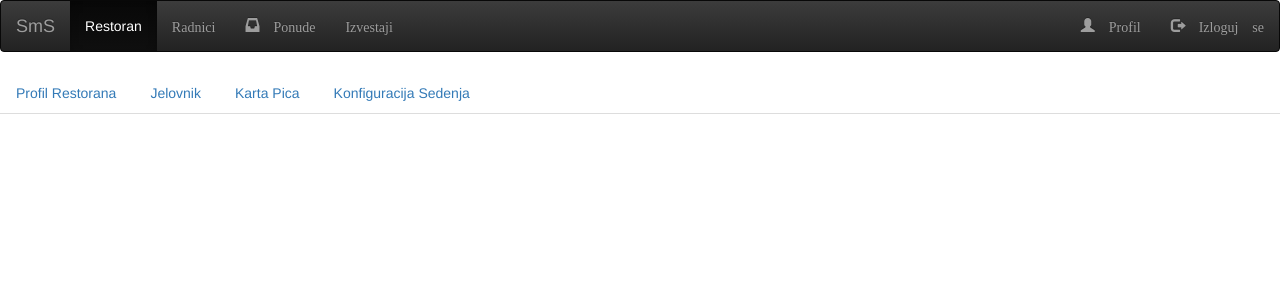
Repository: milanadam94/ISA-2016
Page: jpa-example/src/main/webapp/RestaurantManager/RestaurantManager.html
These files come from the project's save history. The page is drawn as it stood at one moment and after the next save; the edit follows.
The browser window is 1280 px wide. The pictures show the whole page.
The page's requests for data from a server got no answer. Some web libraries are served in a nearby version.

Above is the page before, as saved 2017-03-01 08:21:45.

### jpa-example/src/main/webapp/RestaurantManager/RestaurantManager.html
<!DOCTYPE html>
<html>
<head>
<meta charset="ISO-8859-1">
<title>Menadzer Restorana</title>

<!-- JQUERY -->
<script src="https://code.jquery.com/jquery-3.1.1.js" integrity="sha256-16cdPddA6VdVInumRGo6IbivbERE8p7CQR3HzTBuELA=" crossorigin="anonymous"></script>

<!-- BOOTSTRAP CSS -->
<link rel="stylesheet" href="https://maxcdn.bootstrapcdn.com/bootstrap/3.3.7/css/bootstrap.min.css" integrity="sha384-BVYiiSIFeK1dGmJRAkycuHAHRg32OmUcww7on3RYdg4Va+PmSTsz/K68vbdEjh4u" crossorigin="anonymous">

<!-- BOOTSTRAP THEME -->
<link rel="stylesheet" href="https://maxcdn.bootstrapcdn.com/bootstrap/3.3.7/css/bootstrap-theme.min.css" integrity="sha384-rHyoN1iRsVXV4nD0JutlnGaslCJuC7uwjduW9SVrLvRYooPp2bWYgmgJQIXwl/Sp" crossorigin="anonymous">

<!-- BOOTSTRAP JS -->
<script src="https://maxcdn.bootstrapcdn.com/bootstrap/3.3.7/js/bootstrap.min.js" integrity="sha384-Tc5IQib027qvyjSMfHjOMaLkfuWVxZxUPnCJA7l2mCWNIpG9mGCD8wGNIcPD7Txa" crossorigin="anonymous"></script>

<!-- ANGULAR JS -->
<script src="https://ajax.googleapis.com/ajax/libs/angularjs/1.6.1/angular.js"></script>

<script src="/JQuery-cookie-plugin/jquery.cookie.js"></script>

<!-- TOASTR -->
<!-- <script src="https://cdnjs.cloudflare.com/ajax/libs/toastr.js/latest/css/toastr.css"></script> -->
<style>
.canvas {
	border : 2px solid;
	width: 500px;
	height: 250px;
}
</style>
</head>
<body ng-app="restManager" ng-controller="restManagerController">

	<nav id="myNavbar" class="navbar navbar-inverse">
		<div class="container-fluid">
			<div class="navbar-header">
				<a class="navbar-brand">SmS</a>
			</div>
		<ul class="nav navbar-nav">
			<li class="active"><a href="RestaurantManager.html" ng-click="getRestaurant()"><span class="glyphicons glyphicons-building"> Restoran </span></a></li>
			<li><a href="RestaurantManagerWorkers.html"><span class="glyphicon glyphicon-group"> Radnici</span></a></li>
			<li><a href="RestaurantManagerOfferers.html"><span class="glyphicon glyphicon-inbox"> Ponude </span></a></li>
			<li><a href="RestourantManagerReport.html"><span class="glyphicon glyphicon-notes-2"> Izvestaji </span></a></li>
		</ul>
		<ul class="nav navbar-nav navbar-right">
			<li><a href="#"><span class="glyphicon glyphicon-user"> Profil</span> </a>
			<li><a href="#"><span class="glyphicon glyphicon-log-out"> Izloguj se </span> </a>
		</ul>

		</div>
	</nav>


	<div>
		<div class="form-group">
			<ul class="nav nav-tabs">
				<li><a ng-click="getRestaurant()">Profil Restorana</a>
				<li><a ng-click="getFoods()">Jelovnik</a>
				<li><a ng-click="getDrinks()">Karta Pica</a>
				<li><a ng-click="konfig()">Konfiguracija Sedenja</a>
			</ul>
		</div>
		<div id="profilDiv" ng-show="profilShow">
		<form class="form-horizontal">

			<div class="form-group">
			<label class="control-label col-sm-2" >Naziv Restorana: </label><div class="col-sm-5"><input type = "text" class="form-control" id="restaurantName" ng-model="restaurant.name" value="restaurant.name" placeholder="Izmenite ime restorana"></div> <br/>
			</div>

			<div class="form-group">
			<label class="control-label col-sm-2">Vrsta: </label><div class="col-sm-5"><input type = "text" class="form-control" id="restaurantDescription" ng-model="restaurant.description" value="restaurant.description" placeholder="Izmenite opis restorana"></div> <br/>
			</div>

			<div class="form-group">
			<label class="control-label col-sm-2">Kategorija: </label>
					 <div class="col-sm-5">
						<select class="form-control" id="kategorija" ng-model="restaurant.category" title="restaurant.category">
						<option>domaca kuhinja</option>
						<option>italijanski</option>
						<option>kineski</option>
						<option>francuski</option>
						<option>vegan</option>
						</select>
					</div>
			</div> <br/>

			<div class="form-group">
			<div class="col-sm-offset-2 col-sm-10"><button type="submit" class="btn btn-success" ng-click="saveRestaurantInfo()">Sacuvaj Izmene</button></div>
			</div>

			<div class="form-group">
			<label class="control-label col-sm-2" id="errorLabel" ng-show="error" >{{errorMessage}}</label>
			</div>

		</form>
		</div>




		<div id="jelovnikDiv" ng-show="jelovnikShow" >
			<table class="table">
				<tr bgcolor="lightgrey">
					<th>Ime</th>
					<th>Opis</th>
					<th>Cena</th>
					<th>Obrisi</th>
					<th>Promeni</th>
				</tr>
				<tr ng-repeat="i in menu.foods | orderBy:'name'">
					<td><input type="text" class="form-control" ng-model="i.name"  placeholder="Promenite ime jela" > </td>
				 	<td><input type = "text" class="form-control" ng-model="i.description" placeholder="Promenite opis jela" value="{{ i.description }}"> </td>
					<td> <input type = "number" class="form-control" ng-model="i.price" placeholder="Promenite cenu jela" value="{{ i.price }} "></td>
					<td> <button type="submit" id="{{ i.id }}"  class="btn btn-danger" ng-click="deleteFood( i.id )" >Obrisi</button></td>
					<td> <button type="submit" id="{{ i.id }}"  class="btn btn-warning" ng-click="changeFood( i.id )" >Promeni</button></td>

				</tr>
			</table>
			<br/><br/>
			<form class="form-horizontal">

			<div class="form-group">
			<label class="control-label col-sm-2">Ime: </label><div class="col-sm-5"><input type = "text" class="form-control" id="imeNovogJela" ng-model="newFood.name" placeholder="Unesite ime jela"></div> <br/>
			</div>

			<div class="form-group">
			<label class="control-label col-sm-2">Opis: </label><div class="col-sm-5"><input type = "text" class="form-control" id="opisNovogJela" ng-model="newFood.description"  placeholder="Unesite opis jela"></div> <br/>
			</div>


			<div class="form-group">
			<label  class="control-label col-sm-2">Cena: </label><div class="col-sm-5"><input type = "number" min=0 class="form-control" id="cenaNovogJela" ng-model="newFood.price"  placeholder="Unesite cenu jela"></div> <br/>
			</div>

			<div class="form-group">
			<div class="col-sm-offset-2 col-sm-10"><button type="submit" class="btn btn-success" ng-click="addFood()" >Dodaj Jelo</button></div>
			</div>

			</form>
		</div>
		<div id="picaDiv" ng-show="picaShow">
			<table class="table">
				<tr bgcolor="lightgrey">
					<th>Ime</th>
					<th>Opis</th>
					<th>Cena</th>
					<th>Obrisi</th>
					<th>Promeni</th>
				</tr>
				<tr ng-repeat="i in menu.drinks | orderBy:'name'">
					<td><input type="text" class="form-control" ng-model="i.name"  placeholder="Promenite ime pica" > </td>
				 	<td><input type = "text" class="form-control" ng-model="i.description" placeholder="Promenite opis pica" value="{{ i.description }}"> </td>
					<td> <input type = "number" class="form-control" ng-model="i.price" placeholder="Promenite cenu pica" value="{{ i.price }} "></td>
					<td> <button type="submit" id="{{ i.id }}"  class="btn btn-danger" ng-click="deleteDrink( i.id )" >Obrisi</button></td>
					<td> <button type="submit" id="{{ i.id }}"  class="btn btn-warning" ng-click="changeDrink( i.id )" >Promeni</button></td>

				</tr>
			</table>
			<br/><br/>
			<form class="form-horizontal">

			<div class="form-group">
			<label class="control-label col-sm-2">Ime: </label> <div class="col-sm-5"><input type = "text" class="form-control" id="imeNovogPica" ng-model="newDrink.name" placeholder="Unesite ime pica"></div> <br/>
			</div>

			<div class="form-group">
			<label class="control-label col-sm-2">Opis:</label> <div class="col-sm-5"><input type = "text" class="form-control" id="opisNovogPica" ng-model="newDrink.description"  placeholder="Unesite opis pica"></div> <br/>
			</div>

			<div class="form-group">
			<label  class="control-label col-sm-2">Cena: </label><div class="col-sm-5"><input type = "number" class="form-control" min=0 class="form-control" id="cenaNovogPica" ng-model="newDtrink.price"  placeholder="Unesite cenu pica"></div> <br/>
			</div>

			<div class="form-group">
			<div class="col-sm-offset-2 col-sm-10"><button type="submit" class="btn btn-success" ng-click="addDrink()" >Dodaj Pice</button></div>
			</div>

			</form>
		</div>


		<!--  DODAVANJE SEGMENTA -->

		<div id="konfiguracijaDiv" ng-show="konfiguracijaShow">

			<form class="form-horizontal">
			<div class="form-group">
			<label class="control-label col-sm-2" >Naziv Segmenta: </label> <div class="col-sm-5">  <input type="text" class="form-control" ng-model="newSegment.name" palceholder="Unesite naziv segmenta"> </input></div><br/>
			</div>
			<div class="form-group">
			<label class="control-label col-sm-2">Dozvoljeno Pusenje: </label><div class="col-sm-2"><input type="checkbox" class="form-control" ng-model="newSegment.smoking"></input> </div><br/><br/>
			</div>
			<div class="form-group">
			<div class="col-sm-offset-2 col-sm-10"><button type="submit" class="btn btn-success" ng-click="addKonfig()">Dodaj Segment</button></div>
			</div>

			</form>


			<br/><br/>

			<!-- CANVASSS ============ -->


		<canvas id="canvas" class="canvas" ng-click="draw($event)">
			Vas browser ne podrzava graficki prikaz!
		</canvas>

		<br/><br/>
		<div ng-show="newTableShow">

			<form class="form-horizontal">

			<div class="form-group">
			<label class="control-label col-sm-2">Oznaka: </label> <div class="col-sm-5"><input type = "text" class="form-control" ng-model="newTable.tag" placeholder="Unesite oznaku stola"></div> <br/>
			</div>

			<div class="form-group">
			<label class="control-label col-sm-2">Opis:</label> <div class="col-sm-5"><input type = "text" class="form-control" ng-model="newTable.description"  placeholder="Unesite opis stola"></div> <br/>
			</div>

			<div class="form-group">
			<label  class="control-label col-sm-2">Broj Mesta: </label><div class="col-sm-5"><input type = "number" class="form-control" min=0 max="20" class="form-control" id="cenaNovogPica" ng-model="newTabel.seatCount"  placeholder="Unesite broj mesta"></div> <br/>
			</div>

			<label  class="control-label col-sm-2" >Region:</label>
					<div class="col-sm-5">
					<select class="form-group" ng-model="myNewSegment">
						<option ng-repeat="i in segments" value="{{i.id}}">{{i.name}}</option>
					</select>
					</div>

			<div class="form-group">
			<div class="col-sm-offset-2 col-sm-10"><button type="submit" class="btn btn-success" ng-click="addTable()" >Dodaj Sto</button></div>
			</div>

			</form>



			</div>


		</div>

		<div ng-show="deleteTableButtonShow" class="form-group">
			<div class="col-sm-offset-2 col-sm-10"><button type="submit" class="btn btn-danger" ng-click="deleteTable()" >Ukloni Sto</button></div>
		</div>

	</div>
</body>


<!-- ANGULAR SCRIPT -->
<script src="RestaurantManager.js"></script>


</html>

### jpa-example/src/main/webapp/RestaurantManager/RestaurantManager.js
angular.element(document).ready(function () {
    console.log('page loading completed');
});
var restManager = angular.module('restManager', []).config(['$qProvider', '$httpProvider', function ($qProvider, $httpProvider)  {
    $qProvider.errorOnUnhandledRejections(false);

}]).run(['$rootScope', '$http', '$window', function ($rootScope, $http, $window) {

	//namestiti dole u funckcijama gde treba user.email kada se ovo namesti!
	if (typeof $.cookie('user') !== 'undefined') {
		user = JSON.parse($.cookie('user'));

		if(user.userType == "GUEST") {
			$window.location.href = "/GuestPage/GuestPage.html";
		}
		// DALJE
	}



}]);



restManager.controller('restManagerController', [ '$scope', 'konfService', 'drinkService', 'restaurantInfoService', 'foodService','canvasService', function($scope, konfService, drinkService, restaurantInfoService, foodService, canvasService ){

	$scope.newFood = {
			name: "",
			description: "",
			price: 0
	}

	$scope.newDrink = {
			name: "",
			description: "",
			price: 0
	}


	findUser = function(){
		restaurantInfoService.findRestaurantManager().then(
				function(response){
					$scope.user = response.data;

				}

		);
	}

	findUser();

	setShows = function(profilShow, picaShow, jelovnikShow, konfiguracijaShow){
		$scope.profilShow = profilShow;
		$scope.picaShow = picaShow;
		$scope.jelovnikShow = jelovnikShow;
		$scope.konfiguracijaShow = konfiguracijaShow;
	}
	setShows(false,false,false,false);

	$scope.error = false;
	$scope.errorMessage = "";

	restaurantInfoService.getRestaurant($scope.user).then(
			function(response){
				$scope.restaurant = response.data;

				if(response.data.name == null){
					alert("Restoran nije pronadjen!");
				}
			}
	);


	$scope.getRestaurant = function() {
			if($scope.restaurant.name != null){
				setShows(true, false, false, false);
			}else{
				alert("Restoran nije pronadjen!");
			}

	}


	$scope.getFoods = function(){

		restaurantInfoService.getMenu($scope.user, $scope.restaurant).then(
				function(response){

					if(response.data != null){
						setShows(false, false, true, false);
						$scope.menu = response.data;
					}else{
						alert("Meni nije pronadjen!");
					}

				}
		);

	}

	$scope.changeFood = function(foodID){
		selectedFood = "";

		angular.forEach($scope.menu.foods, function(value){
			if(value.id == foodID){
				selectedFood = value;
			}

		})

		if(selectedFood.name == "" || selectedFood.price < 0 || $scope.restaurant == null){
			alert("Ime ne sme biti prazno. Cena ne sme biti manja od 0");
			return;
		}

		foodService.saveChanges(selectedFood, $scope.menu);

	}


	$scope.addFood = function(){

		if($scope.newFood.name == "" || $scope.newFood.price < 0 || $scope.restaurant == null){
			alert("Ime ne sme biti prazno i cena ne sme biti manja od 0!");
			return;
		}

		foodService.addFood($scope.newFood, $scope.menu);
		restaurantInfoService.getMenu($scope.user, $scope.restaurant).then(
				function(response){

					if(response.data != null){
						$scope.menu = response.data;
						location.reload();
					}else{
						alert("Meni nije pronadjen!");
					}

				}
			);


	}


	$scope.deleteFood = function(foodID){

		foodService.deleteFood(foodID, $scope.menu);
		restaurantInfoService.getMenu($scope.user, $scope.restaurant).then(
			function(response){

				if(response.data != null){
					$scope.menu = response.data;
					location.reload();
				}else{
					alert("Meni nije pronadjen!");
				}

			}
		);


	}



	$scope.getDrinks = function(){
		restaurantInfoService.getMenu($scope.user, $scope.restaurant).then(
				function(response){

					if(response.data != null){
						setShows(false, true, false, false);
						$scope.menu = response.data;
					}else{
						alert("Meni nije pronadjen!");
					}

				}
		);

	}


	$scope.addDrink = function(){

		if($scope.newDrink.name == "" || $scope.newDrink.price < 0 || $scope.restaurant == null){
			alert("Ime ne sme biti prazno i cena ne sme biti manja od 0!");
			return;
		}

		drinkService.addDrink($scope.newDrink, $scope.menu);
		restaurantInfoService.getMenu($scope.user, $scope.restaurant).then(
				function(response){

					if(response.data != null){
						$scope.menu = response.data;
						location.reload();
					}else{
						alert("Meni nije pronadjen!");
					}

				}
			);
	}

	$scope.changeDrink = function(drinkID){
		selectedDrink = "";

		angular.forEach($scope.menu.drinks, function(value){
			if(value.id == drinkID){
				selectedDrink = value;
			}

		})

		if(selectedDrink.name == "" || selectedDrink.price < 0 || $scope.restaurant == null){
			alert("Ime ne sme biti prazno. Cena ne sme biti manja od 0");
			return;
		}

		drinkService.saveChanges(selectedDrink, $scope.menu);

	}

	$scope.deleteDrink = function(drinkID){
		drinkService.deleteDrink(drinkID, $scope.menu);
		restaurantInfoService.getMenu($scope.user, $scope.restaurant).then(
			function(response){

				if(response.data != null){
					$scope.menu = response.data;
					location.reload();
				}else{
					alert("Meni nije pronadjen!");
				}

			}
		);
	}


	// ===============================================================

	$scope.newSegment = {
			name: "",
			smoking: false
	}

	$scope.newTable = {
			seatCount: 0,
			tag: "",
			description: "",
			xCoord: 0,
			yCoord: 0
	}


	$scope.getKonf = function(){


	}


	$scope.addKonfig = function(){

		if($scope.newSegment.name == "" || $scope.restaurant == null){
			alert("Neispravan unos ili restoran nije pronadjen")
			return;
		}

		konfService.addSegment($scope.newSegment, $scope.restaurant.id).then(
				function(response){
					alert(response.data);

					location.reload();
				}
		);


	}

	restaurantInfoService.loadAllSegments().then(
			function(response){
				$scope.segments = response.data;
			}

	);


	$scope.konfig = function(){
		setShows(false,false,false,true);

		$scope.loadTables();

	}


	$scope.saveRestaurantInfo = function() {

		if($scope.profilShow){
			if($scope.restaurant.name == "" || $scope.restaurant.description == ""){
				$scope.error = true;
				$scope.errorMessage = "Ne moze biti prazno!";
				return;
			}else{
				$scope.error = false;
				$scope.errorMessage = "";
			}
			restaurantInfoService.saveChanges($scope.restaurant, $scope.user);


		}else if ($scope.jelovnikShow) {


		}else if ($scope.piceShow){

		}else if ($scope.konfiguracijaShow){

		}else {
			alert("Error! Nothing selected.");
		}

	}

	// KANVAS ====================================================
	$scope.myNewSegment = "";


	$scope.draw = function(event) {
    	var canvas = document.getElementById('canvas');
    	var context = canvas.getContext('2d');

    	var rect = canvas.getBoundingClientRect();
        var x = event.clientX - rect.left;
        var y = event.clientY - rect.top; var rect = canvas.getBoundingClientRect(),
        scaleX = canvas.width / rect.width,    // relationship bitmap vs. element for X
        scaleY = canvas.height / rect.height;  // relationship bitmap vs. element for Y

	    x = (event.clientX - rect.left) * scaleX,   // scale mouse coordinates after they have
	    y = (event.clientY - rect.top) * scaleY     // been adjusted to be relative to element
	    //  context.clearRect(0, 0, canvas.width, canvas.height);

	    xIndex = x/30.0 + 1;
	    yIndex = y/30.0 + 1;
	    xIndex = Math.floor(xIndex);
	    yIndex = Math.floor(yIndex);

		startX = x/30.0 + 1;
	    startY = y/30.0 + 1;
	    startX = Math.floor(startX)*30 -30;
	    startY = Math.floor(startY)*30 -30;

	    $scope.newTable.xCoord = xIndex;
	    $scope.newTable.yCoord = yIndex;


	    $scope.newTableShow = true;
	    $scope.deleteTableButtonShow = false;

	    $scope.restaurantTables.forEach(function(table) {
			if(table.xCoord == xIndex && table.yCoord == yIndex){
				$scope.newTableShow = false;
				$scope.deleteTableButtonShow = true;
			}
		});


  }

	$scope.restaurantTables = [];

	$scope.loadTables = function() {

		$scope.newTableShow = false;
		var canvas = document.getElementById('canvas');
    	var context = canvas.getContext('2d');
    	context.clearRect(0, 0, canvas.width, canvas.height);

    	for(var j = 0; j < 5; j++)
    	{
	    	for(var i=0; i < 10; i++)
	    	{
	    		context.rect(i*30 ,j*30 ,30,30);
	            context.stroke();
	    	}
    	}


    	canvasService.getAllTables().then(
    			function(response){
    				$scope.restaurantTables = response.data;
    				$scope.restaurantTables.forEach(function(table) {
    					x = parseFloat(table.xCoord)*30 - 30;
    					y = parseFloat(table.yCoord)*30 - 30;
    					context.globalAlpha = 1.0;
    					context.fillStyle="#000000";
    					context.font="20px Arial";
    					context.fillText(table.tag, x + 8, y + 22);
    				});
    			}
    	);




	}



	$scope.addTable = function(){

		if($scope.newTable.seatCount < 0 || $scope.newTable.seatCount > 20 ||
				$scope.newTable.tag == "" || $scope.myNewSegment == ""){
			alert("Los unos!");
			return;
		}

		if($scope.newTable.tag.length > 2){
			alert("Oznaka moze imati maksimalno 2 karaktera!");
			return;
		}


		canvasService.addTable($scope.newTable, $scope.myNewSegment).then(
				function(response){
					alert(response.data);
					location.reload();
				}
		);

	}


	$scope.deleteTable = function(){
		flag = false;

		$scope.restaurantTables.forEach(function(table) {
			if(table.xCoord == $scope.newTable.xCoord && table.yCoord == $scope.newTable.yCoord){
				flag = true;
			}
		});

		if(!flag){
			alert("Niste selektovali sto");
			return;
		}

		canvasService.deleteTable($scope.newTable);


	}



}]);








restManager.service('restaurantInfoService',['$window', '$http', function($window, $http){

	this.loadAllSegments = function(){
		return $http({
			  method: 'GET',
		      url : "../restManager/loadAllSegments/1" //========================================== dodati user Email
		});

	}


	this.getRestaurant = function(user){
		return $http.get("../restManager/myRestaurant/1"); // ================================= OVDE NAMESTITI EMAIL USERA
	}

	this.findRestaurantManager = function(){
		return $http({
			  method: 'GET',
		      url : "../restManager/getUser/1" //========================================== dodati user Email
		});
	}

	this.saveChanges = function(restaurant, user){

		$http({
			  method: 'POST',
			  data : $.param(restaurant),
		      url : "../restManager/saveRestaurantInfo/1" // =================================== OVDE NAMESTITI EMAIL USERA
		}).then(function success(response) {
					alert("Success!");
			  }, function error(response) {
				  	alert("Error!");
			  }
			);
	};

	this.getMenu = function (user, restaurant){
		return $http({
			method: 'POST',
			data : restaurant,
			url: "../restManager/getMenu/1"  // ==================== user.mail
		});
	}


}]);

restManager.service('foodService',['$window', '$http', function($window, $http){

	this.saveChanges = function (food, menu){
		$http({
			method: 'POST',
			data: food,
			url: "../restManager/changeFood/" + menu.id
		}).then(function success() {
			alert("Uspesno promenjeno!");
		  }, function error() {
			  	alert("Error!");
		  }

		);
	}

	this.addFood = function (newFood, menu){
		$http({
			method: 'POST',
			data: newFood,
			url: "../restManager/addFood/"+menu.id
		});

	}

	this.deleteFood = function (foodID, menu){
		$http({
			method: 'DELETE',
			url: "../restManager/deleteFood/"+foodID+"/"+menu.id
		});
	}

}]);

restManager.service('drinkService', ['$window', '$http', function($window, $http){

	this.saveChanges = function (drink, menu){
		$http({
			method: 'POST',
			data: drink,
			url: "../restManager/changeDrink/" + menu.id
		}).then(function success() {
			alert("Uspesno promenjeno!");
		  }, function error() {
			  	alert("Error!");
		  }

		);
	}

	this.deleteDrink = function(drinkID, menu){
		$http({
			method: 'DELETE',
			url: "../restManager/deleteDrink/"+drinkID+"/"+menu.id
		});
	}

	this.addDrink = function (newDrink, menu){
		$http({
			method: 'POST',
			data: newDrink,
			url: "../restManager/addDrink/"+menu.id
		});
	}

}]);

restManager.service('konfService', ['$window', '$http', function($window, $http){

	this.addSegment = function(newSegment, restoranID){
		return $http({
			method: 'POST',
			data: newSegment,
			url: "../restManager/addSegment/"+restoranID
		});

	}

	this.getKonf;
	this.saveChanges;
	this.addKonf;

}]);


restManager.service('canvasService', ['$window', '$http', function($window, $http){

	this.addTable = function(newTable, segmentID){
		return $http({
			method: 'POST',
			data: newTable,
			url: "../restManager/addTable/"+segmentID+"/1" //==================================== staviti email restoran menagera
		});
	}

	this.getAllTables = function(){
		return $http({
			method: 'GET',
			url: "../restManager/getAllTables/1" //==================================== staviti email restoran menagera
		});
	}


	this.deleteTable = function (newTable){
		$http({
			method: 'POST',
			data: newTable,
			url: "../restManager/deleteTable"
		}).then(
				function success(){
					location.reload();
				},
				function error(){
					alert("Error!");
				}
		);
	}


}]);

Loaded but not shown: jpa-example/src/main/webapp/JQuery-cookie-plugin/jquery.cookie.js (library)

After the next save:
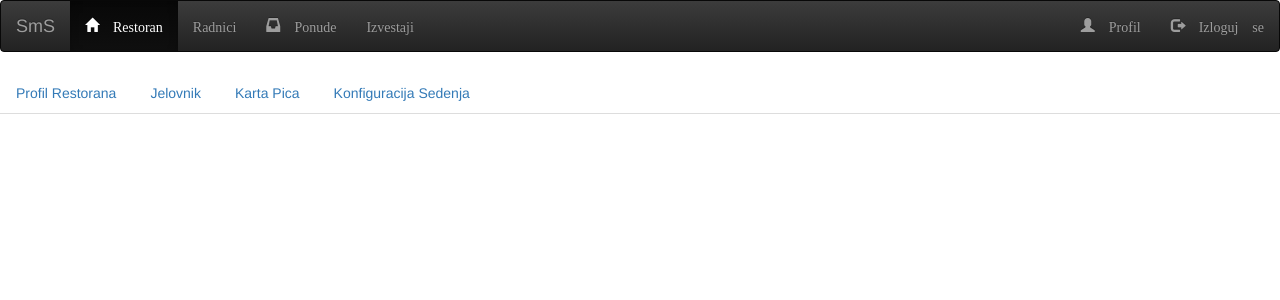
Saved 70 s later.
--- a/jpa-example/src/main/webapp/RestaurantManager/RestaurantManager.html
+++ b/jpa-example/src/main/webapp/RestaurantManager/RestaurantManager.html
@@ -39,7 +39,7 @@
 				<a class="navbar-brand">SmS</a>
 			</div>
 		<ul class="nav navbar-nav">
-			<li class="active"><a href="RestaurantManager.html" ng-click="getRestaurant()"><span class="glyphicons glyphicons-building"> Restoran </span></a></li>
+			<li class="active"><a href="RestaurantManager.html" ng-click="getRestaurant()"><span class="glyphicon glyphicon-home"> Restoran </span></a></li>
 			<li><a href="RestaurantManagerWorkers.html"><span class="glyphicon glyphicon-group"> Radnici</span></a></li>
 			<li><a href="RestaurantManagerOfferers.html"><span class="glyphicon glyphicon-inbox"> Ponude </span></a></li>
 			<li><a href="RestourantManagerReport.html"><span class="glyphicon glyphicon-notes-2"> Izvestaji </span></a></li>
